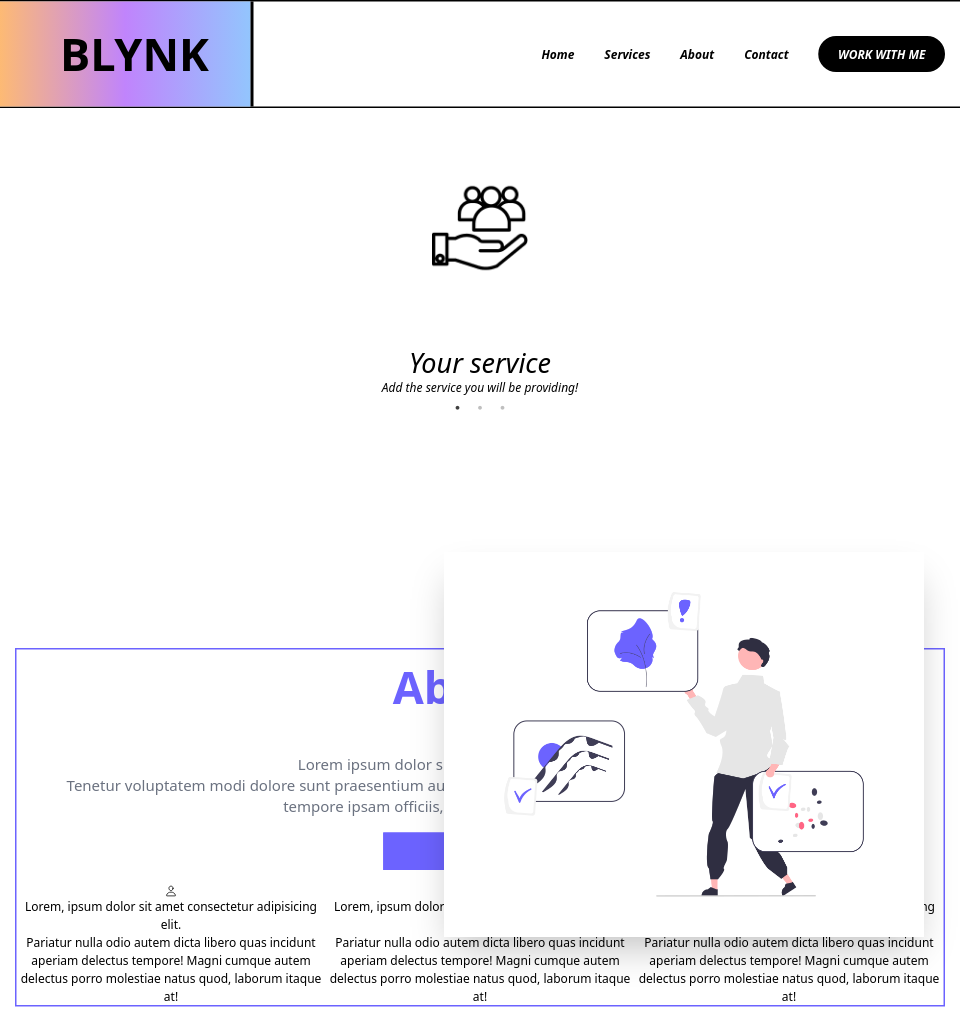
Repository: Al123Kudayyd/eportfolio
Page: /
An editor plug-in stored every save of this project. The page is shown before and after the next save, followed by the edit.
The browser window is 1280 px wide. The page is 1305 px wide, so the pictures cover 1305 px, including what lies to the right of the window. The pictures show the whole page, at 75% of full size.
The project was rebuilt for these pictures with package versions that can differ from the ones it lists, and the page was loaded fresh each time.

Above is the page before, as saved 2024-02-27 08:12:21.

After the next save:
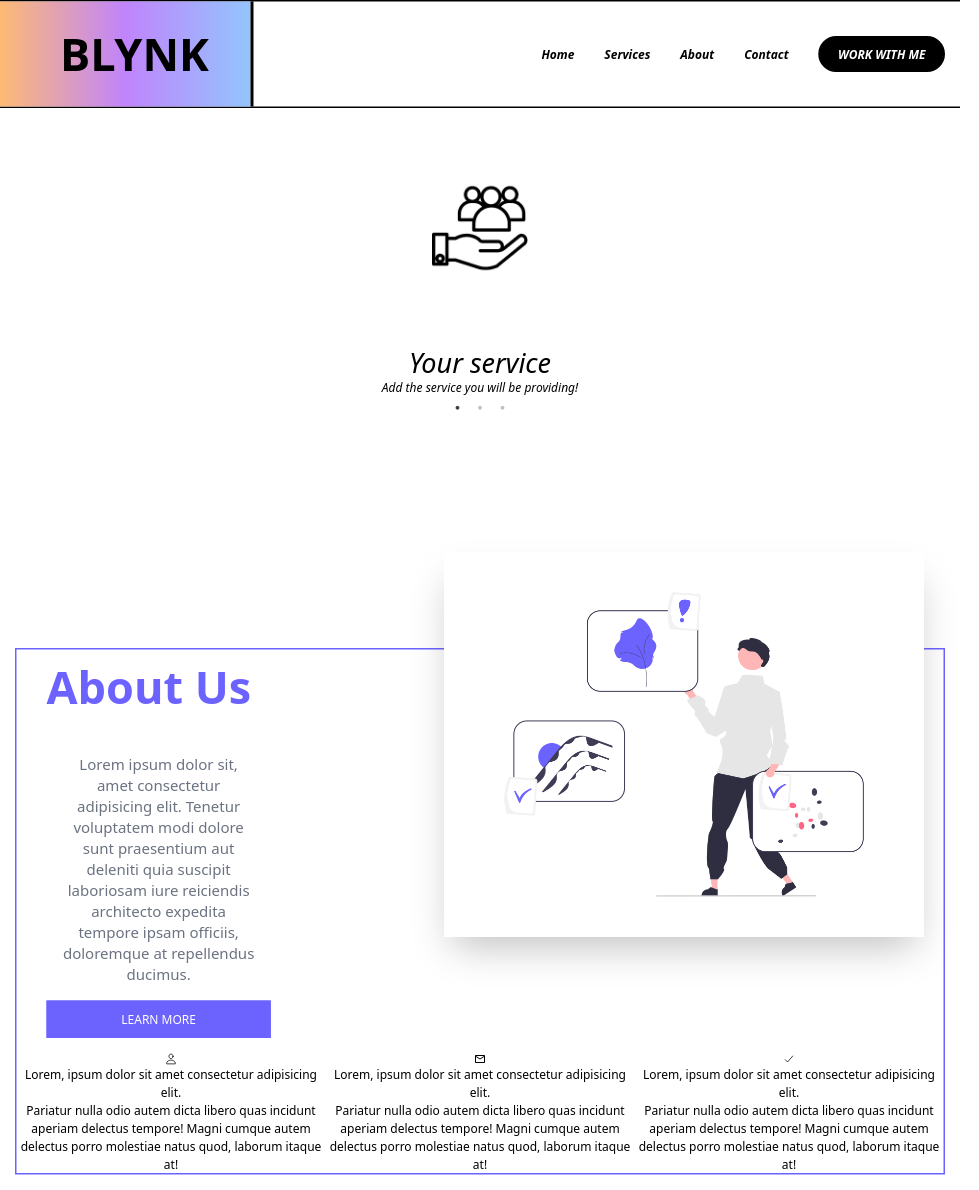
Saved 12 s later.
--- a/src/components/About.jsx
+++ b/src/components/About.jsx
@@ -9,11 +9,11 @@ function About() {
   return (
     <div className='relative '>
       <div className='relative border-2 border-[#6C63FF] m-5'>
-        <div className='pl-10 flex flex-col items-center'>
+        <div className='pl-10 flex flex-col '>
             <h1 className='text-left text-[#6C63FF] pt-5 text-6xl font-bold '>
                 About Us
             </h1>
-            <p className='mt-10 text-xl text-gray-500 p-5'>Lorem ipsum dolor sit, amet consectetur adipisicing elit.<br /> Tenetur voluptatem modi dolore sunt praesentium aut deleniti quia suscipit laboriosam iure reiciendis architecto expedita tempore ipsam officiis, doloremque at repellendus ducimus.</p>
+            <p className='md:w-1/2 lg:w-1/4 mt-10 text-xl text-gray-500 p-5'>Lorem ipsum dolor sit, amet consectetur adipisicing elit. Tenetur voluptatem modi dolore sunt praesentium aut deleniti quia suscipit laboriosam iure reiciendis architecto expedita tempore ipsam officiis, doloremque at repellendus ducimus.</p>
             <button className='bg-[#6C63FF] text-white border border-[#6C63FF] px-7 py-3 mb-5 hover:bg-white
             hover:text-[#6C63FF] transitio duration-300 w-1/4'>
               LEARN MORE
